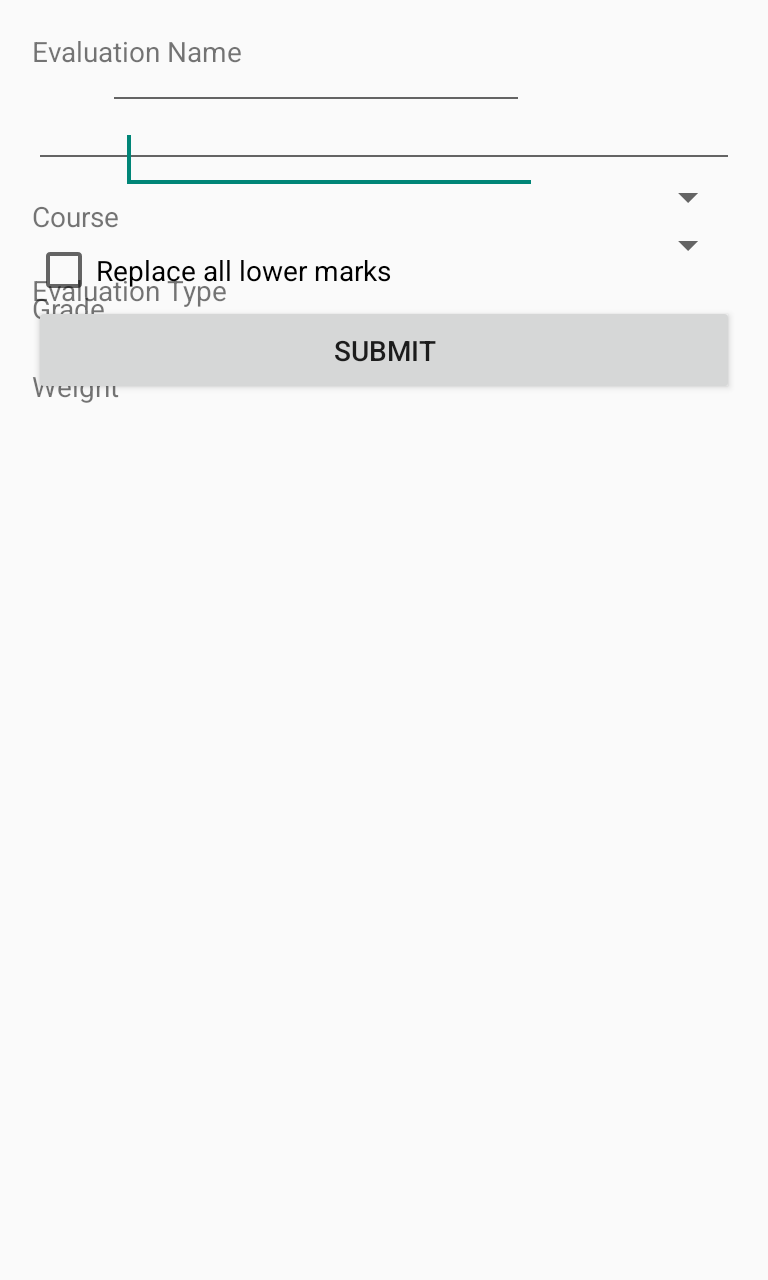
Repository: Tenergy05/GradePlanner
Layout: GradePlanner/res/layout/activity_add_mark.xml
These files come from the project's save history. The layout is drawn as it stood at one moment and after the next save; the edit follows.
It is drawn on a 768 x 1280 px phone screen (xhdpi) without system bars, with theme AppTheme; the app's code is not run.

Above is the layout before, as saved 2014-12-30 21:38:56.

After the next save:
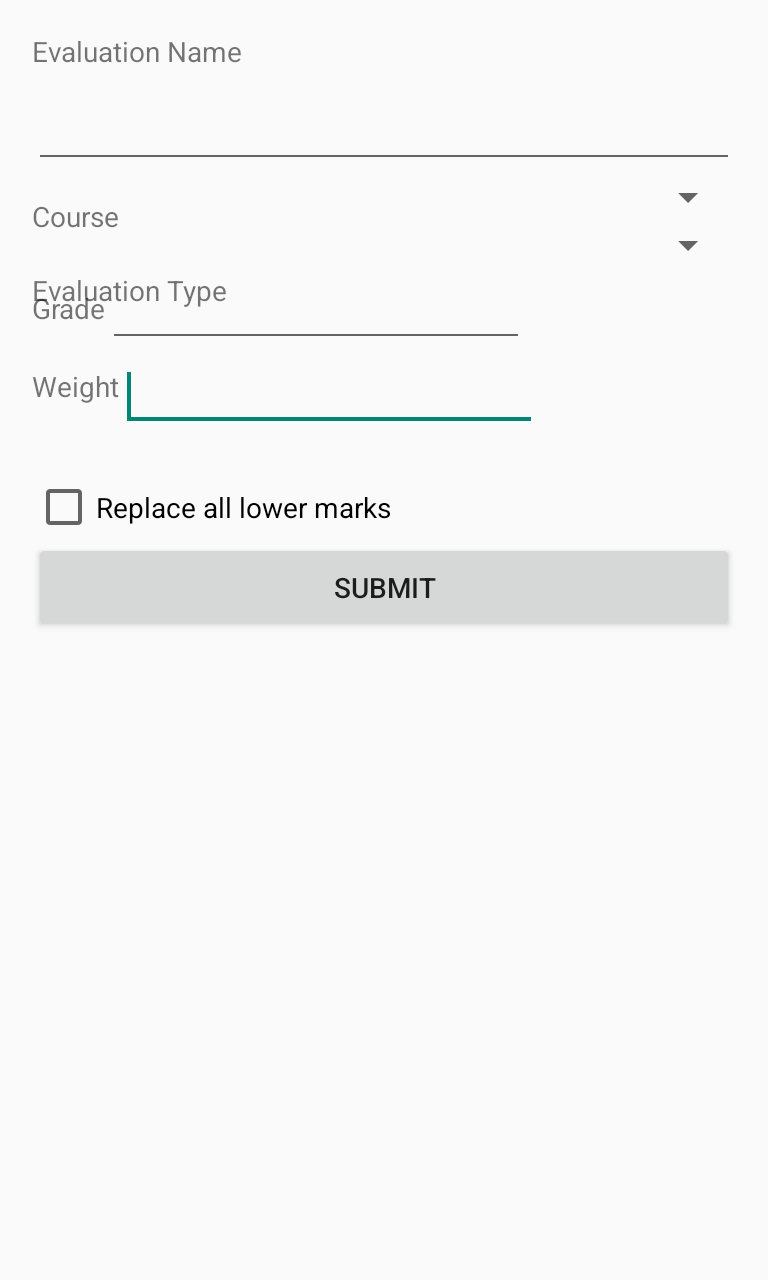
Saved 55 s later.
--- a/GradePlanner/res/layout/activity_add_mark.xml
+++ b/GradePlanner/res/layout/activity_add_mark.xml
@@ -73,6 +73,7 @@
         android:layout_width="wrap_content"
         android:layout_height="wrap_content"
         android:layout_toRightOf="@+id/textView4"
+        android:layout_below="@+id/spinner2"
         android:ems="10"
         android:inputType="number" />
 
